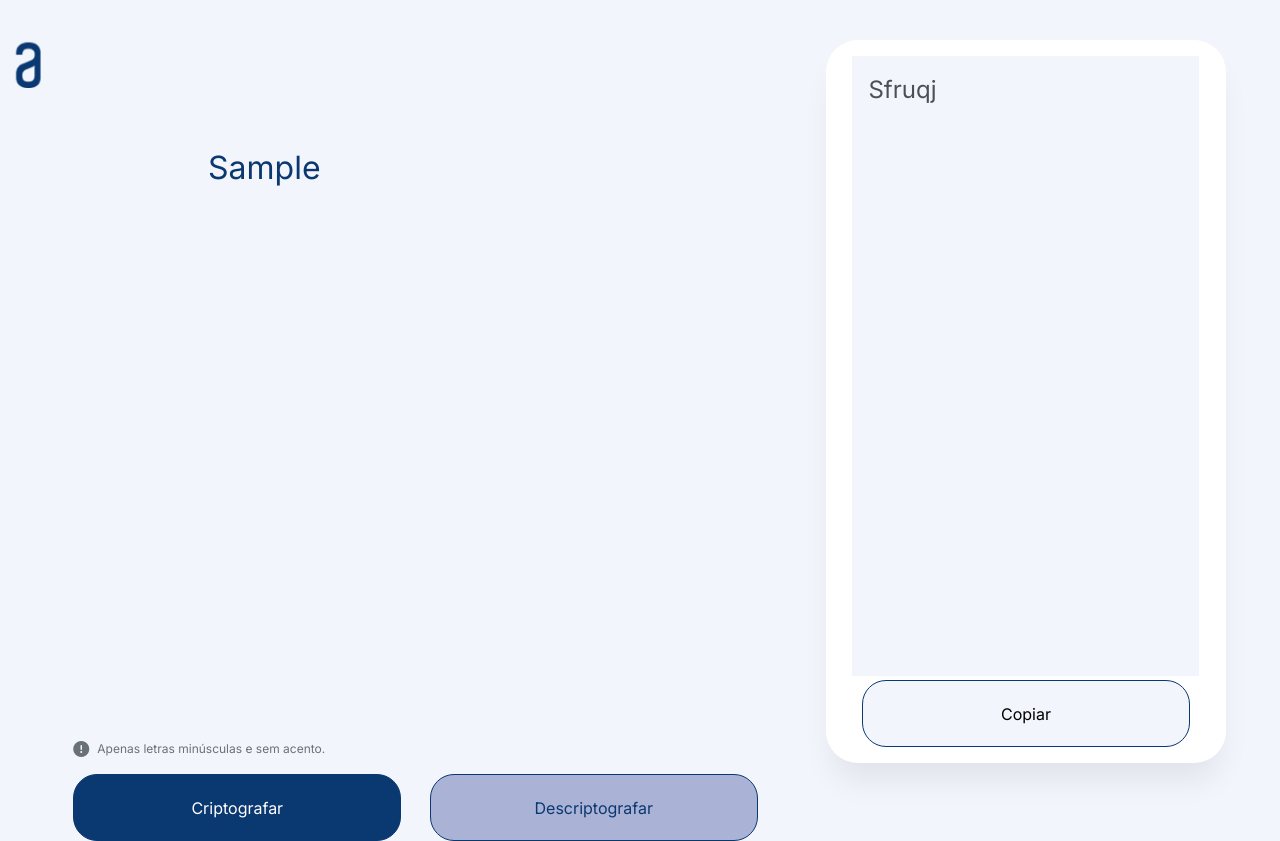
Repository: CarlosEduardoVdeOliveira/descodificador-de-texto
Page: index.html
The author's editor kept a copy of each file at every save. The page is drawn from the files as they stood at one save, then again after the next save.
The browser window is 1280 px wide. The pictures show the whole page.
Empty fields were first filled with sample values (such as "Sample", 5 or name@example.com).
After loading, the first visible `button.button-cryptography` was clicked once.

Above is the page before, as saved 2023-04-15 13:09:42.

After the next save:
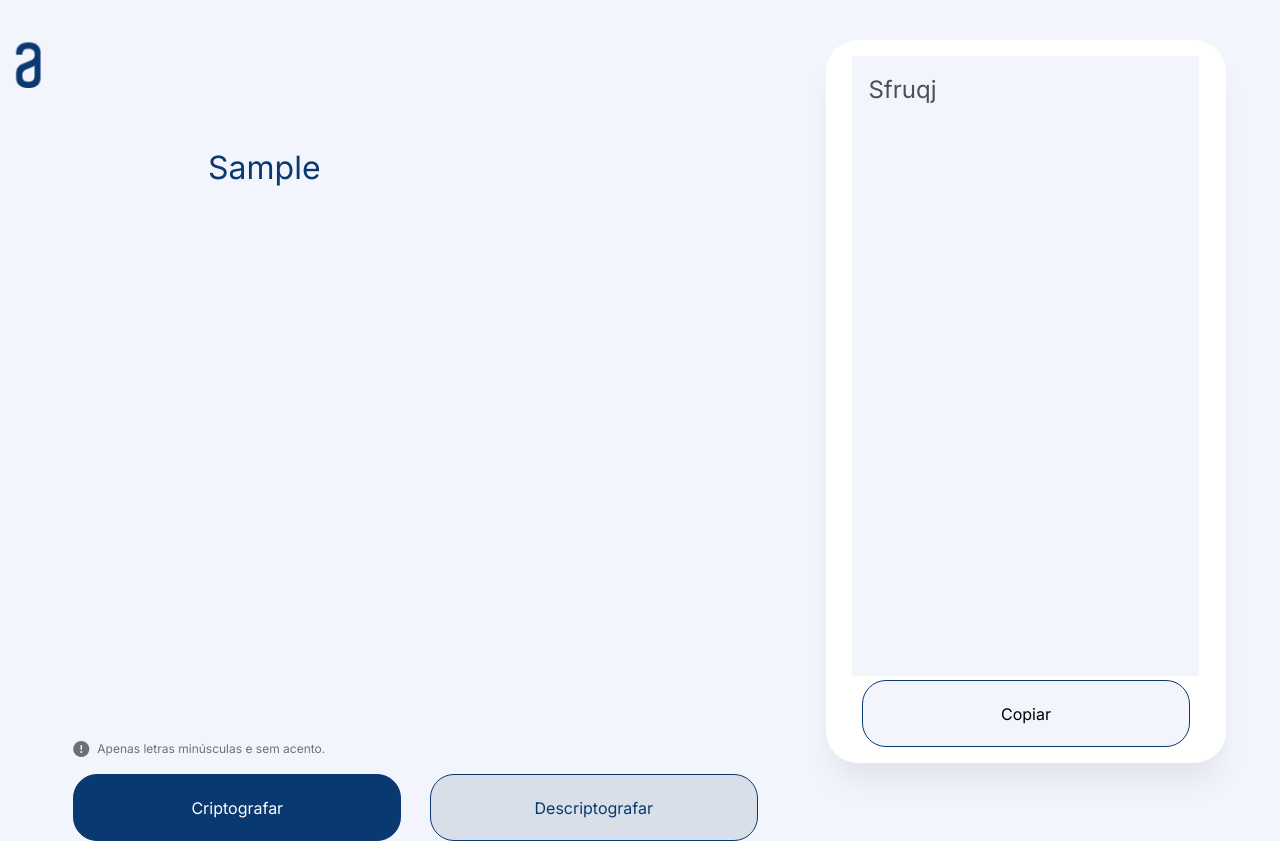
Saved 25 s later.
--- a/src/scripts/index.js
+++ b/src/scripts/index.js
@@ -37,7 +37,6 @@ function cipherOfCesar(text, jump){
 function disabledButtonDecrypt(){
    buttonDecryption.removeAttribute("disabled");
    buttonDecryption.style.cursor = 'pointer';
-   buttonDecryption.style.backgroundColor = '#AAB2D5';
 }
 
 
